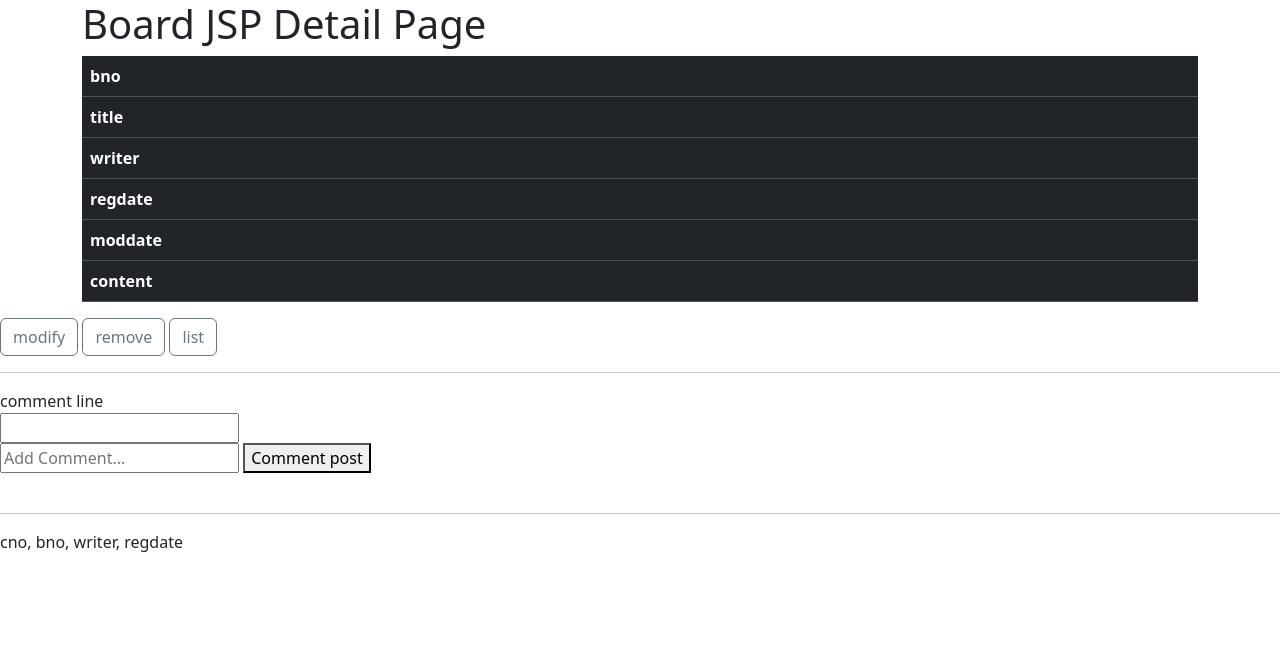
Repository: dlfhrrl12/jsptest
Page: http://localhost/jsp_study2/board/detail.jsp
An editor plug-in stored every save of this project. The page is shown before and after the next save, followed by the edit.
The browser window is 1280 px wide. The pictures show the whole page.
The page is served by Tomcat 9. Other server files are loaded and not shown. The template is opened directly, without the code that normally fills it, so the values that code supplies are empty.

Above is the page before, as saved 2024-04-18 01:41:46.

### jsp_study2/src/main/webapp/board/detail.jsp
<%@ page language="java" contentType="text/html; charset=UTF-8"
    pageEncoding="UTF-8"%>
    <%@ taglib uri="http://java.sun.com/jsp/jstl/core" prefix="c" %>
<!DOCTYPE html>
<html>
<head>
<meta charset="UTF-8">
<title>Insert title here</title>
<link href="https://cdn.jsdelivr.net/npm/bootstrap@5.3.3/dist/css/bootstrap.min.css" rel="stylesheet" integrity="sha384-QWTKZyjpPEjISv5WaRU9OFeRpok6YctnYmDr5pNlyT2bRjXh0JMhjY6hW+ALEwIH" crossorigin="anonymous">
<script src="https://cdn.jsdelivr.net/npm/bootstrap@5.3.3/dist/js/bootstrap.bundle.min.js" integrity="sha384-YvpcrYf0tY3lHB60NNkmXc5s9fDVZLESaAA55NDzOxhy9GkcIdslK1eN7N6jIeHz" crossorigin="anonymous"></script>
</head>
<body>

<div class="container-sm">
<h1>Board JSP Detail Page</h1>

<table class="table table-dark table-hover">
	<tr>
		<th>bno</th>
		<td>${bvo.bno }</td>
	</tr>
	<tr>
		<th>title</th>
		<td>${bvo.title }</td>
	</tr>
	<tr>
		<th>writer</th>
		<td>${bvo.writer }</td>
	</tr>
	<tr>
		<th>regdate</th>
		<td>${bvo.regdate }</td>
	</tr>
	<tr>
		<th>moddate</th>
		<td>${bvo.moddate }</td>
	</tr>
	<tr>
		<th>content</th>
		<td>${bvo.content }</td>
	</tr>
</table>
</div>
	<c:if test="${bvo.writer eq ses.id }">
	 <a href="/brd/modify?bno=${bvo.bno }"><button type="button" class="btn btn-outline-secondary">modify</button></a>
	 <a href="/brd/remove?bno=${bvo.bno }"><button type="button" class="btn btn-outline-secondary">remove</button></a>
	</c:if>
	 <a href="/brd/list"> <button type="button" class="btn btn-outline-secondary">list</button> </a>

	 <!-- comment line -->
	 <hr>
	 <div>
	 comment line <br>
	 <input type="text" id="cmtWriter" value="${ses.id }" readonly="readonly"> <br>
	 <input type="text" id="cmtText" placeholder="Add Comment...">
	 <button type="button" id="cmtAddBtn">Comment post</button>
	 </div>
	 <br>
	 <hr>
	 <!-- 댓글 출력 -->
	 <div id="commentLine">
	 	<div>
	 		<div>cno, bno, writer, regdate</div>
	 	</div>
	 </div>

</body>
</html>

After the next save:
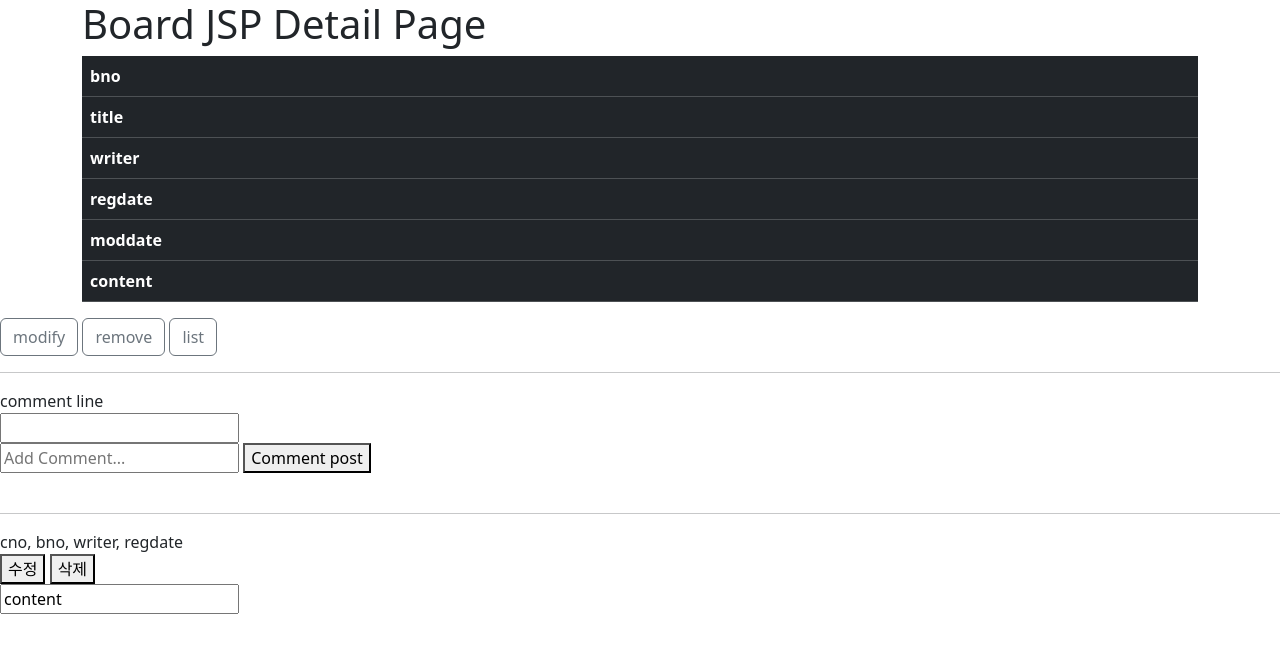
Saved 90 s later.
--- a/jsp_study2/src/main/webapp/board/detail.jsp
+++ b/jsp_study2/src/main/webapp/board/detail.jsp
@@ -61,6 +61,10 @@
 	 <div id="commentLine">
 	 	<div>
 	 		<div>cno, bno, writer, regdate</div>
+	 		<div>
+	 			<button>수정</button> <button>삭제</button> <br>
+	 			<input type="text" value="content">
+	 		</div>
 	 	</div>
 	 </div>
 
